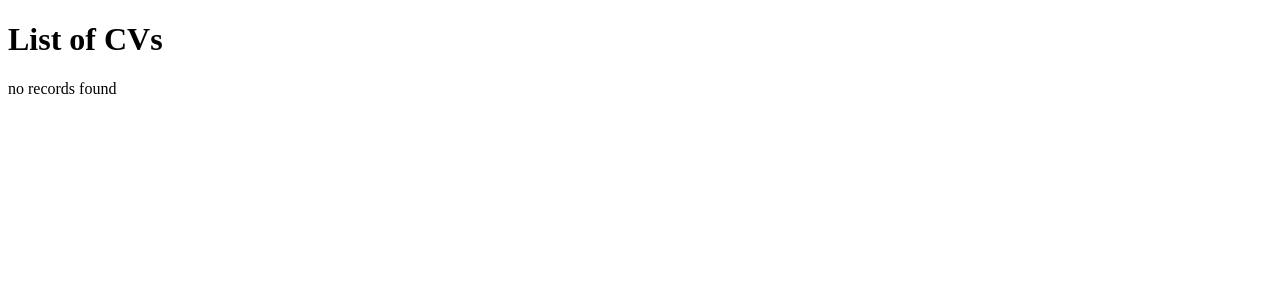
Repository: Arisha004/CV-generator
Page: http://localhost/list.php
The author's editor kept a copy of each file at every save. The page is drawn from the files as they stood at one save, then again after a run of saves.
The browser window is 1280 px wide. The pictures show the whole page.
The page is run by PHP 8.4 with error messages shown; the project is at /var/www/html/. Queries for data that is not in the repository find no rows.

Above is the page before, as saved 2025-10-14 00:59:48.

### list.php
<?php
include 'db.php';
$sql="select * from person";
$result=$conn->query($sql);


?>
<!DOCTYPE html>
<html lang="en">
<head>
    <meta charset="UTF-8">
    <meta name="viewport" content="width=device-width, initial-scale=1.0">
    <title>Document</title>
    <style>

        </style>
</head>
<body>
    <h1>List of CVs</h1>
    <?php
    if($result->num_rows>0){
echo "<table border='1' cellpadding='10'>";
  echo   "<tr>
    <th>ID</th>
    <th>Name</th>
    <th>Email</th>
    <th>Phone</th>
    <th>Address</th>
    <th>Education</th>
    <th>Experience</th>
    <th>Skills</th>
    </tr>";

while($row=$result->fetch_assoc()){
    echo "<tr>";
    echo "<td>".$row["id"]."</td>";
    echo "<td>".$row["name"]."</td>";
    echo "<td>".$row["email"]."</td>";
    echo "<td>".$row["phone"]."</td>";
    echo "<td>".$row["address"]."</td>";
    echo "<td>".$row["education"]."</td>";
    echo "<td>".$row["experience"]."</td>";
    echo "<td>".$row["skills"]."</td>";
    echo "</tr>";

}
echo "</table>";
    }
    else{
        echo "no records found";
    }

?>
</body>
</html>

### db.php
<?php
$servername = "localhost";
$username = "root";
$password = "";
$dbname = "cv";
$conn= new mysqli($servername, $username, $password, $dbname);
if($conn->connect_error){
    die("". $conn->connect_error);
}

?>

### style.css

body{
    background-color: lightblue;
    font-family: Arial, sans-serif;
    margin: 20px;
    padding: 20px;
    border-radius: 10px;
    box-shadow: 0 0 10px rgba(0, 0,0, 0.1);

}
h1{
    color: darkblue;
    text-align: center;
}
p{
    font-size: 16px;
    line-height: 1.5;
    color: #333;
}
a{
    color: darkblue;
    text-decoration: none;
}
a:hover{
    text-decoration: underline;
}
button{
    background-color: darkblue;
    color: white;
    border: none;
    padding: 10px 20px;
    border-radius: 5px;
    cursor: pointer;
}
button:hover{
    background-color: navy;
}
input[type="text"], input[type="email"], textarea,input[type="tel"]{
    width: 100%;
    padding: 10px;
    margin: 10px 0;
    border: 1px solid #ccc;
    border-radius: 5px;
    box-sizing: border-box;
}
input[type="submit"]{
    background-color: darkblue;
    color: white;
    border: none;
    padding: 10px 20px;
    border-radius: 5px;
    cursor: pointer;
}
  table, th, td{
            border: 1px solid black;
            border-collapse: collapse;
        }
        th, td{
            padding: 10px;
        }

form{
    max-width: 600px;
    margin: auto;
}
label{
    font-weight: bold;
}
.container{
    max-width: 800px;
    margin: auto;
    padding: 20px;
    background-color: white;
    border-radius: 10px;
    box-shadow: 0 0 10px rgba(0, 0, 0, 0.1);
}
button a{
    color: white;

}

After the next 2 saves:
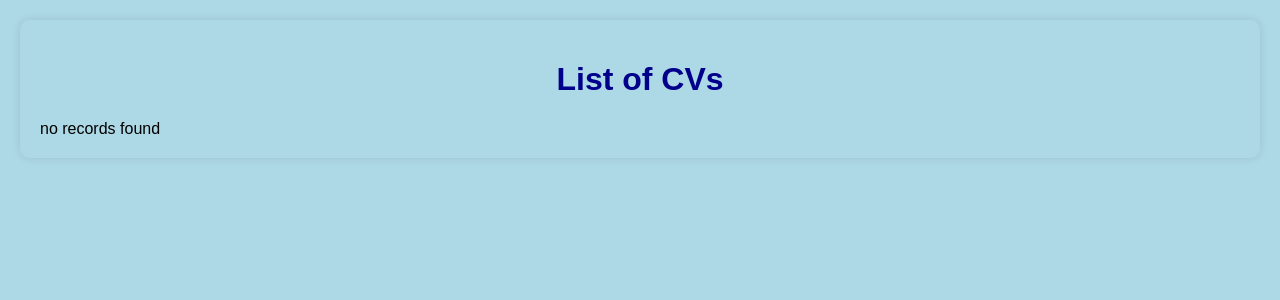
The 2 saves are shown as one change because they came seconds apart.
The last was saved 11 s later.
--- a/list.php
+++ b/list.php
@@ -11,9 +11,7 @@ $result=$conn->query($sql);
     <meta charset="UTF-8">
     <meta name="viewport" content="width=device-width, initial-scale=1.0">
     <title>Document</title>
-    <style>
-
-        </style>
+   <link rel="stylesheet" href="style.css">
 </head>
 <body>
     <h1>List of CVs</h1>
